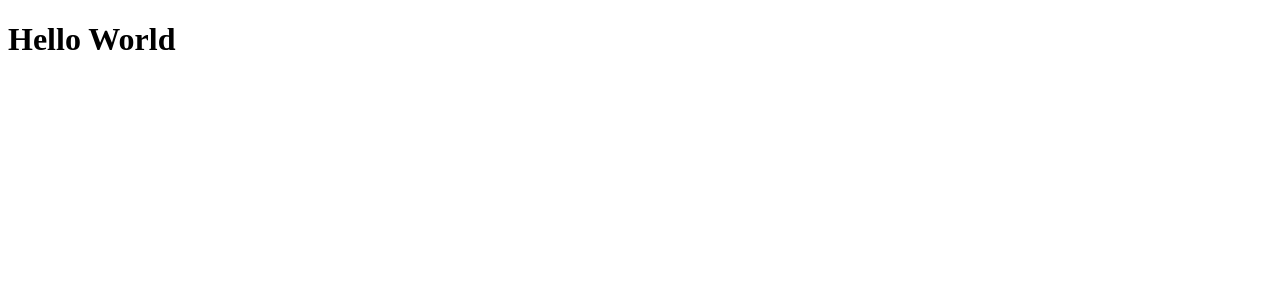
Repository: FreitasGabriel/dtmoney
Page: /
These files come from the project's save history. The page is drawn as it stood at one moment and after the next save; the edit follows.
The browser window is 1280 px wide. The pictures show the whole page.
The project was rebuilt for these pictures with package versions that can differ from the ones it lists, and the page was loaded fresh each time.

Above is the page before, as saved 2021-03-15 20:17:31.

After the next save:
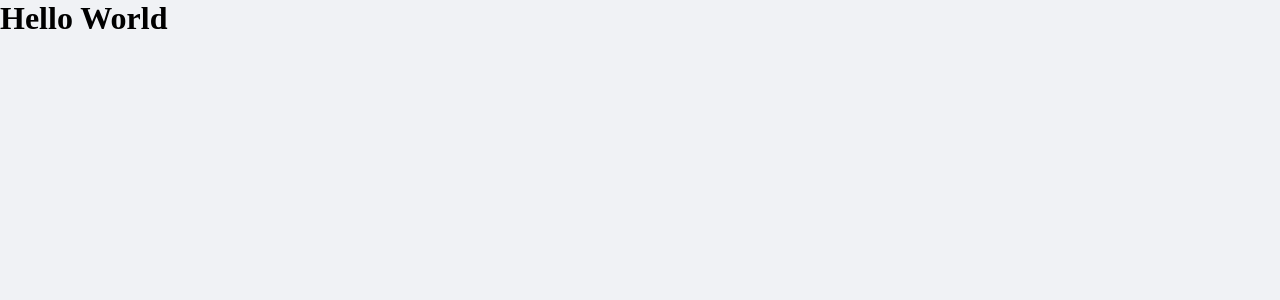
Saved 34 s later.
--- a/src/App.tsx
+++ b/src/App.tsx
@@ -1,8 +1,10 @@
+import { GlobalStyle } from "./styles/global"
 
 export default function App() {
   return (
     <div className="App">
       <h1>Hello World</h1>
+      <GlobalStyle />
     </div>
   );
 }
